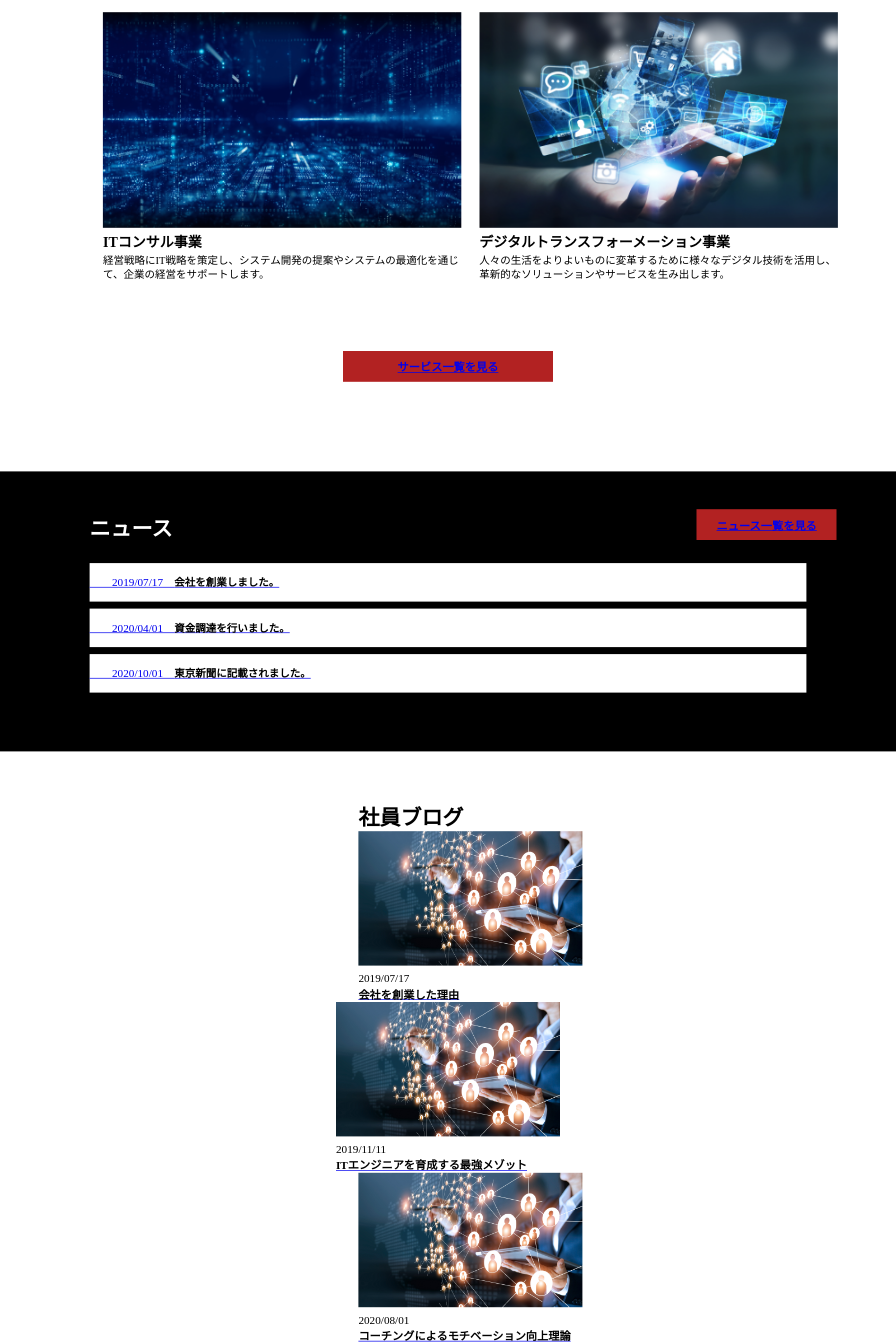
Repository: sigemasaasuka/20211012sigemasa
Page: index.html
These files come from the project's save history. The page is drawn as it stood at one moment and after the next save; the edit follows.
The browser window is 1280 px wide. The pictures show the part of the page from y = 1338 to 3258 px (the page is 3258 px tall), at 70% of full size.

Above is the page before, as saved 2021-10-19 17:57:57.

After the next save:
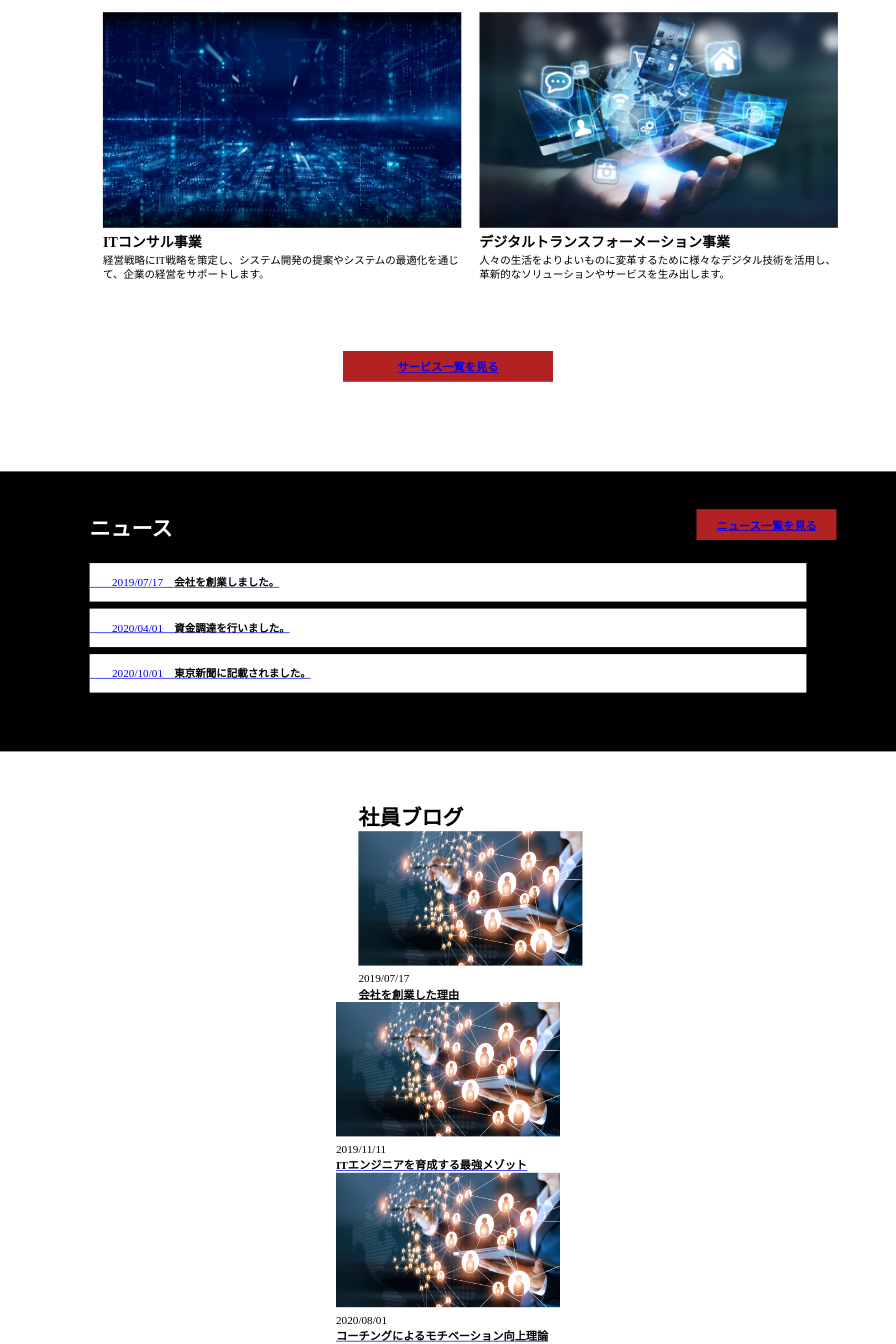
Saved 5 s later.
--- a/css/index.css
+++ b/css/index.css
@@ -316,7 +316,7 @@
 
 .coaching-png {
   width: 25%;
-  margin-left: 5%;
+
 }
 
 .coaching1 {
